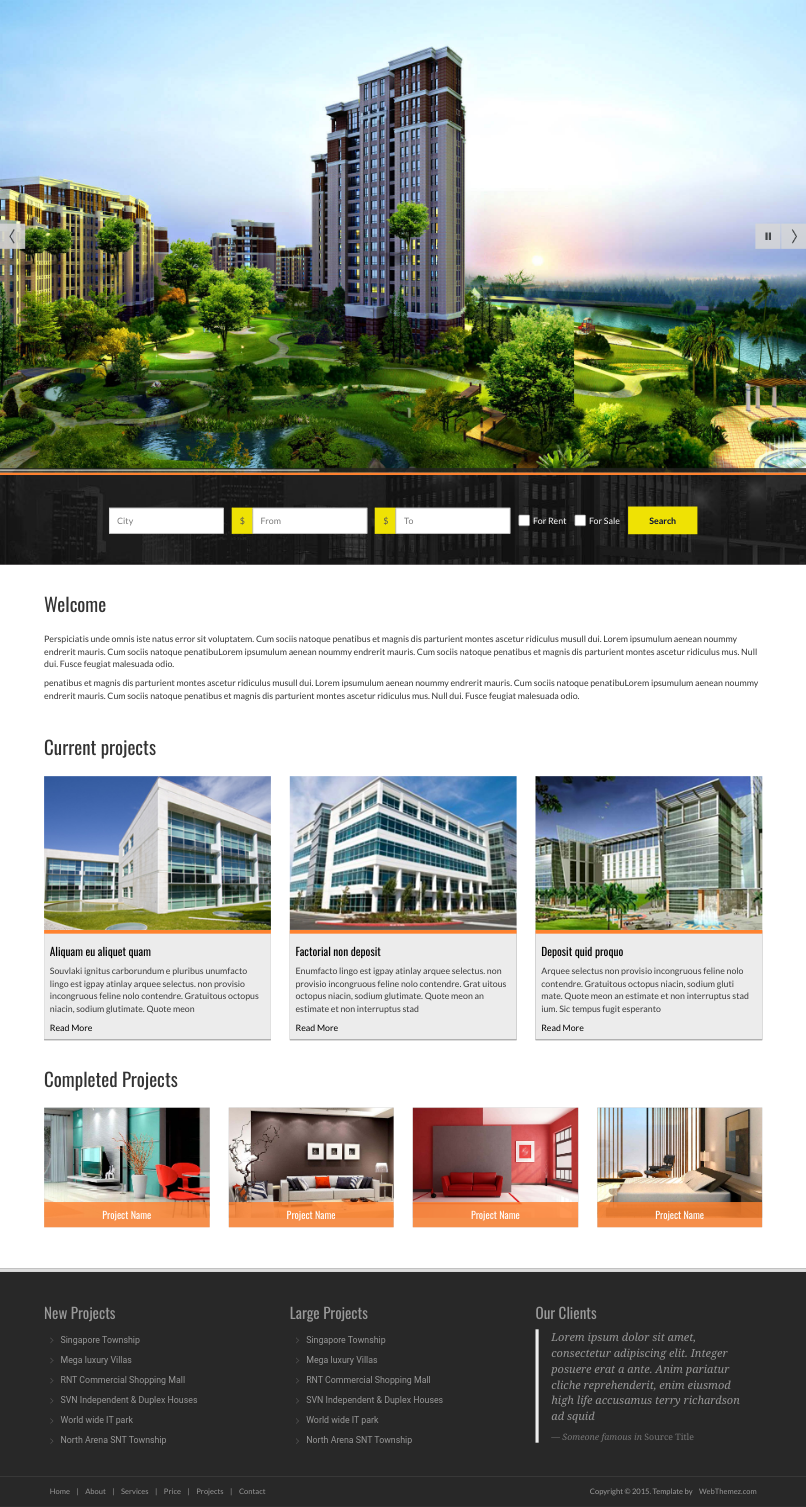
Repository: james19999/gestion
Page: http://localhost/
An editor plug-in stored every save of this project. The page is shown before and after the next save, followed by the edit.
The browser window is 1280 px wide. The pictures show the whole page, at 63% of full size.
The page is served by the project's Laravel application, run on PHP 8.4 with Laravel 8. Other server files are loaded and not shown.

Above is the page before, as saved 2021-11-02 15:54:47.

### routes/web.php
<?php

use Illuminate\Support\Facades\Route;

/*
|--------------------------------------------------------------------------
| Web Routes
|--------------------------------------------------------------------------
|
| Here is where you can register web routes for your application. These
| routes are loaded by the RouteServiceProvider within a group which
| contains the "web" middleware group. Now create something great!
|
*/

Route::get('/', function () {
    return view('welcome');
});


Route::get('/toto', function () {
    return 'Hello World';
});
Route::get('/produits', function () {
     return view('produit/al');
});
// Route::get('/PTT', function () {
//     return view('produit/ab');

// });

Route::view('/PTT','produit.ab');

Route::view('/contact','AN.contact')->name('contact');
Route::view('/a_propos','AN.a_propos')->name('a_propos');

### resources/views/welcome.blade.php
<!DOCTYPE html>
<html lang="en">
<head>
	<meta charset="utf-8">
	<meta name="viewport" content="width=device-width, initial-scale=1.0">
	<meta name="description" content="Real Estate Builders Free Responsive Website Templates - icon">
	<meta name="author" content="webThemez.com">
	<title>Real Estate Builders Free Responsive Website - icon</title>
	<link rel="favicon" href="assets/images/favicon.png">
	<link rel="stylesheet" media="screen" href="http://fonts.googleapis.com/css?family=Open+Sans:300,400,700">
	<link rel="stylesheet" href="{{ asset('assets/css/bootstrap.min.css') }}">
	<link rel="stylesheet" href="{{ asset('assets/css/font-awesome.min.css') }}">
	<link rel="stylesheet" href="{{ asset('assets/css/bootstrap-theme.css') }}" media="screen">
	<link rel="stylesheet" href="{{ asset('assets/css/style.css') }}">
    <link rel='stylesheet' id='camera-css'  href='{{ asset('assets/css/camera.css') }}' type='text/css' media='all'>
	<!-- HTML5 shim and Respond.js IE8 support of HTML5 elements and media queries -->
	<!--[if lt IE 9]>
	<script src="assets/js/html5shiv.js"></script>
	<script src="assets/js/respond.min.js"></script>
	<![endif]-->
</head>
<body>
	<!-- Fixed navbar -->


	<!-- /.navbar -->

	<!-- Header -->
	<header id="head">
		<div class="container">
					<div class="fluid_container">
                    <div class="camera_wrap camera_emboss pattern_1" id="camera_wrap_4">
                        <div data-thumb="assets/images/slides/thumbs/slide1.jpg" data-src="assets/images/slides/slide1.jpg">
                        </div>
                        <div data-thumb="assets/images/slides/thumbs/slide2.jpg" data-src="assets/images/slides/slide2.jpg">
                        </div>
                        <div data-thumb="assets/images/slides/thumbs/slide3.jpg" data-src="assets/images/slides/slide3.jpg">
                        </div>
                    </div><!-- #camera_wrap_3 -->
                </div><!-- .fluid_container -->
		</div>
	</header>
	<!-- /Header -->
<section id="search">
<div class="search-panel">
                <form class="form-inline" role="form">
                    <div class="form-group">
                        <input type="text" class="form-control" id="city" placeholder="City" autocomplete="off">
                    </div>
                    <div class="form-group hidden-xs adv">
                        <div class="input-group">
                            <div class="input-group-addon">$</div>
                            <input class="form-control price" type="text" placeholder="From">
                        </div>
                    </div>
                    <div class="form-group hidden-xs adv">
                        <div class="input-group">
                            <div class="input-group-addon">$</div>
                            <input class="form-control price" type="text" placeholder="To">
                        </div>
                    </div>
                    <div class="form-group hidden-xs adv">
                        <div class="checkbox custom-checkbox"><label><input type="checkbox"><span class="fa fa-check"></span> For Rent</label></div>
                    </div>
                    <div class="form-group hidden-xs adv">
                        <div class="checkbox custom-checkbox"><label><input type="checkbox"><span class="fa fa-check"></span> For Sale</label></div>
                    </div>
                    <div class="form-group">
                        <a href="" class="btn btnsearch">Search</a>
                    </div>
                </form>
            </div>
</section>
      <section class="secpadding">
	  <div class="container">
      <div class="row">
      	<div class="col-md-12"><div class="title-box clearfix "><h2 class="title-box_primary">Welcome</h2></div>
        <p>Perspiciatis unde omnis iste natus error sit voluptatem. Cum sociis natoque penatibus et magnis dis parturient montes ascetur ridiculus musull dui. Lorem ipsumulum aenean noummy endrerit mauris. Cum sociis natoque penatibuLorem ipsumulum aenean noummy endrerit mauris. Cum sociis natoque penatibus et magnis dis parturient montes ascetur ridiculus mus. Null dui. Fusce feugiat malesuada odio.</p>
		<p>penatibus et magnis dis parturient montes ascetur ridiculus musull dui. Lorem ipsumulum aenean noummy endrerit mauris. Cum sociis natoque penatibuLorem ipsumulum aenean noummy endrerit mauris. Cum sociis natoque penatibus et magnis dis parturient montes ascetur ridiculus mus. Null dui. Fusce feugiat malesuada odio.</p> </div>
        </div>
		</div>
		</section>
      <section class="news-box">
        <div class="container">
            <h2><span>Current projects</span></h2>
            <div class="row">

                    <div class="col-md-4 col-sm-6 col-xs-12">
                        <div class="thumbnail thumbnail4">
                            <img src="assets/images/news2.jpg" alt="">

                            <div class="caption">
                                <h4>
                                    <a href="#">
                                        Aliquam eu aliquet quam
                                    </a>
                                </h4>

                                <p>
                                    Souvlaki ignitus carborundum e pluribus unumfacto lingo est igpay atinlay arquee
                                    selectus. non provisio incongruous feline nolo contendre. Gratuitous octopus niacin,
                                    sodium glutimate. Quote meon
                                </p>
                                <a href="#" data-title="Read More" class="btn-link"><span>Read More</span></a>
                            </div>
                        </div>
                    </div>
                    <div class="col-md-4 col-sm-6 col-xs-12">
                        <div class="thumbnail thumbnail4">
                            <img src="assets/images/news3.jpg" alt="">

                            <div class="caption">
                                <h4>
                                    <a href="#">
                                        Factorial non deposit
                                    </a>
                                </h4>

                                <p>
                                    Enumfacto lingo est igpay atinlay arquee selectus.
                                    non provisio incongruous feline nolo contendre. Grat uitous octopus niacin, sodium
                                    glutimate. Quote meon an estimate et non interruptus stad
                                </p>
                                <a href="#" data-title="Read More" class="btn-link"><span>Read More</span></a>
                            </div>
                        </div>
                    </div>
                    <div class="col-md-4 col-sm-6 col-xs-12">
                        <div class="thumbnail thumbnail4">
                            <img src="assets/images/news4.jpg" alt="">

                            <div class="caption">
                                <h4>
                                    <a href="#">
                                        Deposit quid proquo
                                    </a>
                                </h4>

                                <p>
                                    Arquee selectus non provisio incongruous feline nolo contendre. Gratuitous octopus
                                    niacin, sodium gluti mate. Quote meon an estimate et non interruptus stad ium. Sic
                                    tempus fugit esperanto
                                </p>
                                <a href="#" data-title="Read More" class="btn-link"><span>Read More</span></a>
                            </div>
                        </div>
                    </div>

                </div>
        </div>
    </section>

  <section id="packages" class="secpadding">
        <div class="container">
             <h2><span>Completed Projects</span></h2>

        	 <div class="row">
                <div class="col-md-3 col-sm-6">
                            <div class="cuadro_intro_hover " style="background-color:#cccccc;">
                                <p style="text-align:center;">
                                    <img src="assets/images/pic/pic-5.jpg" class="img-responsive" alt="">
                                </p>
                                <div class="caption">
                                    <div class="blur"></div>
                                    <div class="caption-text">
                                        <h3>Project Name</h3>
                                        <a class=" btn btn-default" href="#">$4600</i></a>
                                    </div>
                                </div>
                            </div>

                </div>
                <div class="col-md-3  col-sm-6">
                            <div class="cuadro_intro_hover " style="background-color:#cccccc;">
                                <p style="text-align:center;">
                                    <img src="assets/images/pic/pic-6.jpg" class="img-responsive" alt="">
                                </p>
                                <div class="caption">
                                    <div class="blur"></div>
                                    <div class="caption-text">
                                         <h3>Project Name</h3>
                                        <a class=" btn btn-default" href="#">$4600</i></a>
                                    </div>
                                </div>
                            </div>

                </div>
                <div class="col-md-3  col-sm-6">
                            <div class="cuadro_intro_hover " style="background-color:#cccccc;">
                                <p style="text-align:center;">
                                    <img src="assets/images/pic/pic-7.jpg" class="img-responsive" alt="">
                                </p>
                                <div class="caption">
                                    <div class="blur"></div>
                                    <div class="caption-text">
                                         <h3>Project Name</h3>
                                        <a class=" btn btn-default" href="#">$4600</i></a>
                                    </div>
                                </div>
                            </div>

                </div>
                <div class="col-md-3  col-sm-6">
                            <div class="cuadro_intro_hover " style="background-color:#cccccc;">
                                <p style="text-align:center;">
                                    <img src="assets/images/pic/pic-8.jpg" class="img-responsive" alt="">
                                </p>
                                <div class="caption">
                                    <div class="blur"></div>
                                    <div class="caption-text">
                                         <h3>Project Name</h3>
                                        <a class=" btn btn-default" href="#">$4600</i></a>
                                    </div>
                                </div>
                            </div>

                </div>
            </div>
         </div>
    </section>

      <section class="btm-section secpadding">
	  <div class="container">
      <div class="row">
      	    <div class="col-md-4"><div class="title-box clearfix "><h3 class="title-box_primary">New Projects</h3></div>
            <div class="list styled custom-list">
            <ul>
            <li><a title="Snatoque penatibus et magnis dis partu rient montes ascetur ridiculus mus." href="#">Singapore Township</a></li>
            <li><a title="Fusce feugiat malesuada odio. Morbi nunc odio gravida at cursus nec luctus." href="#">Mega luxury Villas</a></li>
            <li><a title="Penatibus et magnis dis parturient montes ascetur ridiculus mus." href="#">RNT Commercial Shopping Mall</a></li>
            <li><a title="Morbi nunc odio gravida at cursus nec luctus a lorem. Maecenas tristique orci." href="#">SVN Independent & Duplex Houses</a></li>
            <li><a title="Snatoque penatibus et magnis dis partu rient montes ascetur ridiculus mus." href="#">World wide IT park</a></li>
            <li><a title="Fusce feugiat malesuada odio. Morbi nunc odio gravida at cursus nec luctus." href="#">North Arena SNT Township</a></li>
            </ul>
            </div>
         </div>

        <div class="col-md-4"><div class="title-box clearfix "><h3 class="title-box_primary">Large Projects</h3></div>
            <div class="list styled custom-list">
            <ul>
            <li><a title="Snatoque penatibus et magnis dis partu rient montes ascetur ridiculus mus." href="#">Singapore Township</a></li>
            <li><a title="Fusce feugiat malesuada odio. Morbi nunc odio gravida at cursus nec luctus." href="#">Mega luxury Villas</a></li>
            <li><a title="Penatibus et magnis dis parturient montes ascetur ridiculus mus." href="#">RNT Commercial Shopping Mall</a></li>
            <li><a title="Morbi nunc odio gravida at cursus nec luctus a lorem. Maecenas tristique orci." href="#">SVN Independent & Duplex Houses</a></li>
            <li><a title="Snatoque penatibus et magnis dis partu rient montes ascetur ridiculus mus." href="#">World wide IT park</a></li>
            <li><a title="Fusce feugiat malesuada odio. Morbi nunc odio gravida at cursus nec luctus." href="#">North Arena SNT Township</a></li>
            </ul>
            </div>
         </div>
         <div class="col-md-4"><div class="title-box clearfix "><h3 class="title-box_primary">Our Clients</h3></div>
            <blockquote class="blockquote-1">
					<p>Lorem ipsum dolor sit amet, consectetur adipiscing elit. Integer posuere erat a ante. Anim pariatur cliche reprehenderit, enim eiusmod high life accusamus terry richardson ad squid</p>
					<small>Someone famous in <cite title="Source Title">Source Title</cite></small>
				</blockquote></div>

      </div></div>
      </section>


    <footer id="footer">

		<div class="footer2">
			<div class="container">
				<div class="row">

					<div class="col-md-6 panel">
						<div class="panel-body">
							<p class="simplenav">
								<a href="index.html">Home</a> |
								<a href="about.html">About</a> |
								<a href="services.html">Services</a> |
								<a href="price.html">Price</a> |
								<a href="projects.html">Projects</a> |
								<a href="contact.html">Contact</a>
							</p>
						</div>
					</div>

					<div class="col-md-6 panel">
						<div class="panel-body">
							<p class="text-right">
								Copyright &copy; 2015. Template by <a href="http://webthemez.com/" rel="develop">WebThemez.com</a>
							</p>
						</div>
					</div>

				</div>
				<!-- /row of panels -->
			</div>
		</div>
	</footer>

	<!-- JavaScript libs are placed at the end of the document so the pages load faster -->
	<script src="assets/js/modernizr-latest.js"></script>
	<script type='text/javascript' src='{{ asset('assets/js/jquery.min.js') }}'></script>
    <script type='text/javascript' src='{{ asset('assets/js/fancybox/jquery.fancybox.pack.js') }}'></script>

    <script type='text/javascript' src='assets/js/jquery.mobile.customized.min.js'></script>
    <script type='text/javascript' src='assets/js/jquery.easing.1.3.js'></script>
    <script type='text/javascript' src='assets/js/camera.min.js'></script>
    <script src="assets/js/bootstrap.min.js"></script>
	<script src="assets/js/custom.js"></script>
    <script>
		jQuery(function(){

			jQuery('#camera_wrap_4').camera({
				height: '750',
				loader: 'bar',
				pagination: false,
				thumbnails: false,
				hover: false,
				opacityOnGrid: false,
				imagePath: 'assets/images/'
			});

		});
	</script>

</body>
</html>

### resources/views/partials/nav.blade.php
<div class="navbar navbar-inverse">
    <div class="container">
        <div class="navbar-header">
            <!-- Button for smallest screens -->
            <button type="button" class="navbar-toggle" data-toggle="collapse" data-target=".navbar-collapse"><span class="icon-bar"></span><span class="icon-bar"></span><span class="icon-bar"></span></button>
            <a class="navbar-brand" href="index.html">
                <img src="{{ asset('assets/images/logo.png') }}" alt="Techro HTML5 template"></a>
        </div>
        <div class="navbar-collapse collapse">
            <ul class="nav navbar-nav pull-right mainNav">
                <li class="active"><a href="index.html">Home</a></li>
                <li><a href="about.html">About</a></li>
                <li><a href="services.html">Services</a></li>
                <li><a href="price.html">Price</a></li>
                <li><a href="projects.html">Projects</a></li>
                <li class="dropdown">
                    <a href="#" class="dropdown-toggle" data-toggle="dropdown">Pages <b class="caret"></b></a>
                    <ul class="dropdown-menu">
                        <li><a href="sidebar-right.html">Right Sidebar</a></li>
                        <li><a href="#">Dummy Link1</a></li>
                        <li><a href="#">Dummy Link2</a></li>
                        <li><a href="#">Dummy Link3</a></li>
                    </ul>
                </li>
                <li><a href="contact.html">Contact</a></li>

            </ul>
        </div>
        <!--/.nav-collapse -->
    </div>
</div>

Loaded but not shown: public/assets/css/bootstrap.min.css (library); public/assets/css/font-awesome.min.css (library); public/assets/css/bootstrap-theme.css (library); public/assets/js/modernizr-latest.js (library); public/assets/js/jquery.min.js (library); public/assets/js/fancybox/jquery.fancybox.pack.js (library); public/assets/js/jquery.mobile.customized.min.js (library); public/assets/js/jquery.easing.1.3.js (library); public/assets/js/camera.min.js (library); public/assets/js/bootstrap.min.js (library); public/assets/js/custom.js (62 lines, source omitted); public/assets/css/camera.css (1068 lines, source omitted); public/assets/css/style.css (1083 lines, source omitted)

After the next save:
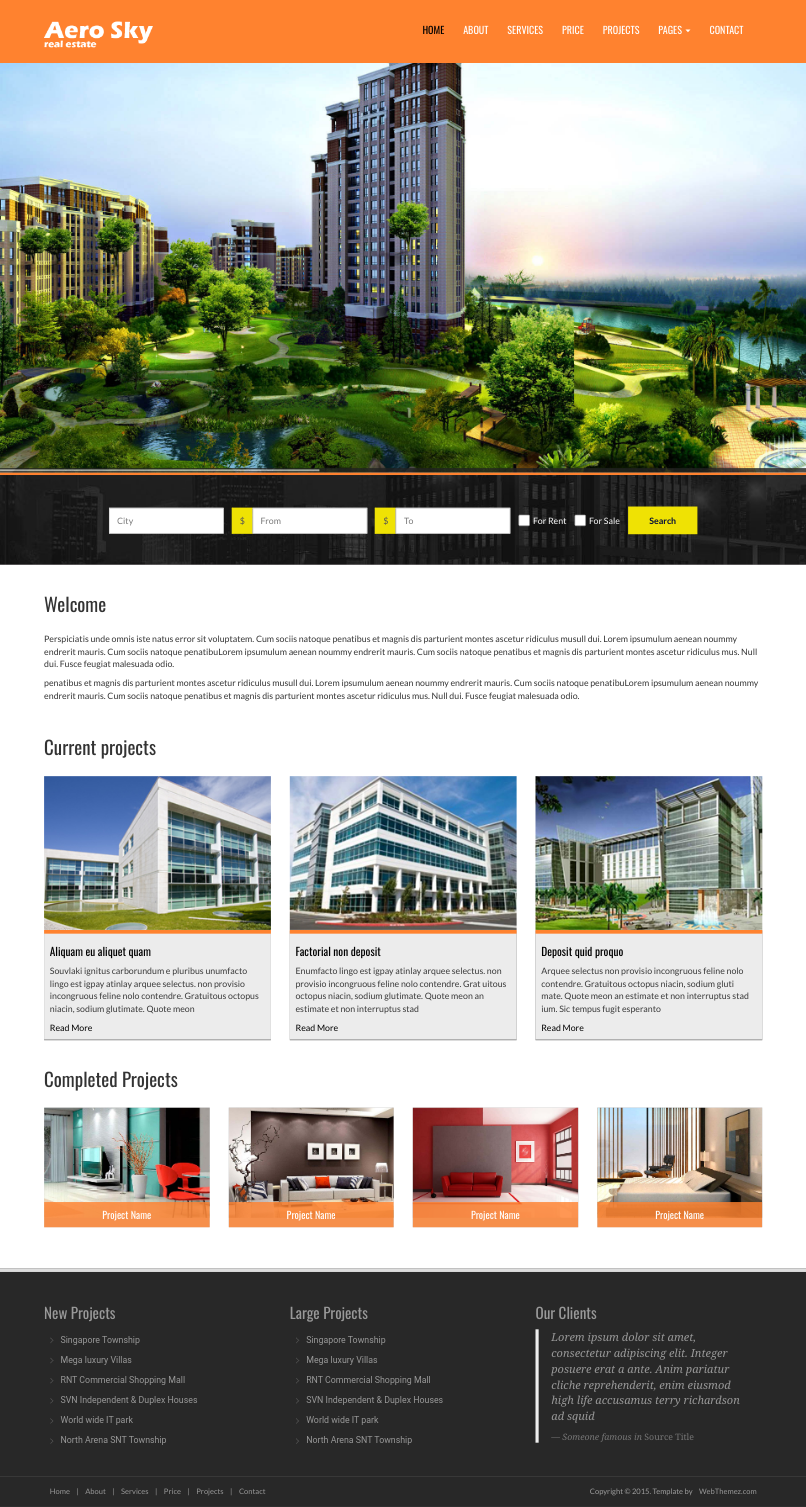
Saved 72 s later.
--- a/resources/views/welcome.blade.php
+++ b/resources/views/welcome.blade.php
@@ -24,7 +24,7 @@
 
 
 	<!-- /.navbar -->
-
+      @include('partials.nav')
 	<!-- Header -->
 	<header id="head">
 		<div class="container">
